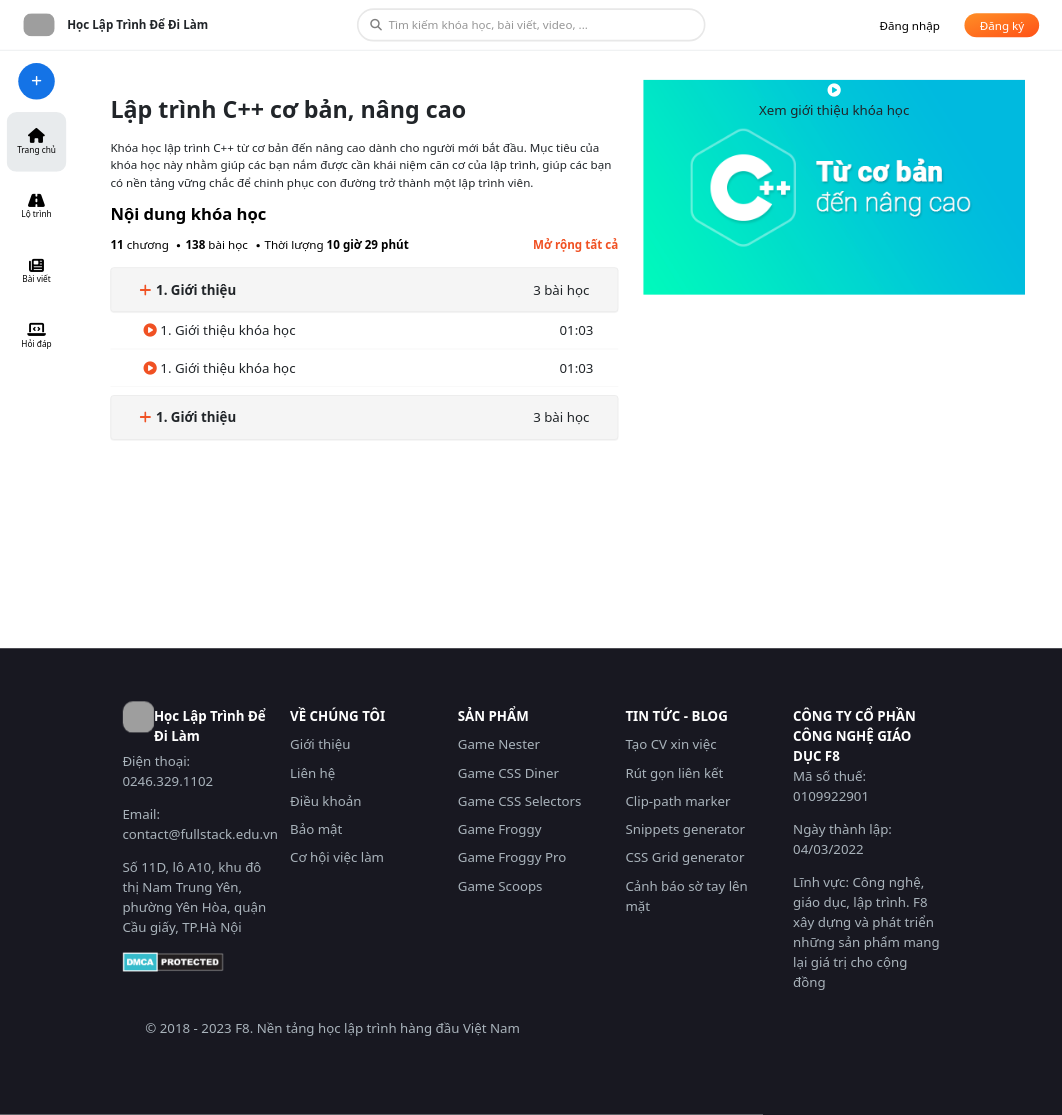
Repository: Quoc-Thang/projectasm
Page: introcourse.html
An editor plug-in stored every save of this project. The page is shown before and after the next save, followed by the edit.
The browser window is 1280 px wide. The pictures show the whole page, at 83% of full size.
Pictures or frames that could not be fetched are drawn as grey boxes. Some web libraries are served in a nearby version.

Above is the page before, as saved 2023-11-26 22:06:48.

### introcourse.html
<!DOCTYPE html>
<html lang="vi">
  <head>
    <meta charset="UTF-8" />
    <meta name="viewport" content="width=device-width, initial-scale=1.0" />
    <title>F8 - Học lập trình để đi làm</title>
    <!-- Preconnect -->
    <link rel="preconnect" href="https://unpkg.com/aos@2.3.1" />
    <link
      rel="preconnect"
      href="https://cdn.jsdelivr.net/npm/bootstrap@5.3.2" />
    <link rel="preconnect" href="https://kit.fontawesome.com" />
    <link rel="preconnect" href="https://fonts.googleapis.com" />
    <link rel="preconnect" href="https://fonts.gstatic.com" crossorigin />

    <!-- AOS -->
    <link href="https://unpkg.com/aos@2.3.1/dist/aos.css" rel="stylesheet" />

    <!-- Bootstrap -->
    <link
      href="https://cdn.jsdelivr.net/npm/bootstrap@5.3.2/dist/css/bootstrap.min.css"
      rel="stylesheet"
      integrity="sha384-T3c6CoIi6uLrA9TneNEoa7RxnatzjcDSCmG1MXxSR1GAsXEV/Dwwykc2MPK8M2HN"
      crossorigin="anonymous" />

    <!-- Google Fonts -->
    <link
      href="https://fonts.googleapis.com/css2?family=Poppins:wght@100;200;300;400&family=Roboto:wght@100;300;400&display=swap"
      rel="stylesheet" />

    <!-- CSS -->
    <link rel="stylesheet" href="./view/assets/css/reset.css" />
    <link rel="stylesheet" href="./view/assets/css/synthetic.css" />
    <link rel="stylesheet" href="./view/assets/css/header.css" />
    <link rel="stylesheet" href="./view/assets/css/nav.css" />
    <link rel="stylesheet" href="./view/assets/css/slider.css" />
    <link rel="stylesheet" href="./view/assets/css/wrappercontent.css" />
    <link rel="stylesheet" href="./view/assets/css/footer.css" />
    <link rel="stylesheet" href="./view/assets/css/introcourse.css">
  </head>

  <body>
    <!-- Content -->
    <div id="wrapper">
      <!-- Header -->
      <header>
        <div class="row wrap-header">
          <!-- Logo Website -->
          <div class="col-4">
            <div class="logo">
              <a href="/">
                <img src="./view/assets/image/Logo.png" alt="Logo Website" />
              </a>
              <h4 class="logoTxt">Học Lập Trình Để Đi Làm</h4>
            </div>
          </div>

          <!-- Search -->
          <div class="col-4">
            <div class="form-search">
              <form action="" method="post">
                <div class="form">
                  <button type="submit">
                    <i class="fa-solid fa-magnifying-glass"></i>
                  </button>
                  <input
                    type="search"
                    placeholder="Tìm kiếm khóa học, bài viết, video, ..."
                    name="searchTxt"
                    id="search-input"
                    autocomplete="off"
                    />
                </div>
              </form>
              <div class="card-search">
                <div class="heading-card-search">
                  <i class="fa-solid fa-magnifying-glass"></i>
                  <span>Kết quả tìm kiếm cho:</span>
                </div>
                <div class="content-card-search">
                  <div class="title-content">
                    <h2>
                      Khóa học
                    </h2>
                    <a href="#">
                      Xem thêm
                    </a>
                  </div>
                  <ul class="main-content" id="apiData">
                    <li>
                      <a href="#">
                        <img src="./view/assets/image/htmlcsszerohero.png" alt="Image course">
                        <span>
                          HTML, CSS từ cơ bản đến nâng cao
                        </span>
                      </a>
                    </li>
                    <li>
                      <a href="#">
                        <img src="./view/assets/image/htmlcsspro.png" alt="Image course">
                        <span>
                          HTML, CSS Pro
                        </span>
                      </a>
                    </li>
                    <li>
                      <a href="#">
                        <img src="./view/assets/image/sass.png" alt="Image course">
                        <span>
                          Ngôn ngữ tiền xử lý sass
                        </span>
                      </a>
                    </li>
                  </ul>
                </div>
              </div>
            </div>
          </div>

          <!-- Account -->
          <div class="col-4">
            <div class="account">
              <div class="login">
                <a class="openLogin" href="javascript:void(0)"> Đăng nhập </a>
              </div>
              <div class="signup">
                <a class="openSignup" href="javascript:void(0)"> Đăng ký </a>
              </div>
            </div>
          </div>
        </div>
      </header>

      <main id="main-content">
        <!-- Sidebar -->
        <nav class="menu-sidebar">
          <div class="sidebar">
            <div id="news-post" onclick="newsPost()">
              <a id="rotate" href="javascript:void(0)">
                <i class="fa-solid fa-plus"></i>
              </a>
              <span id="model-news">Thêm tin tức mới</span>
            </div>
            <ul>
              <li>
                <a class="menu-sidebar active" href="#">
                  <i class="fa-solid fa-house"></i>
                  <span class="txt-menu"> Trang chủ </span>
                </a>
              </li>
              <li>
                <a class="menu-sidebar" href="#">
                  <i class="fa-solid fa-road"></i>
                  <span class="txt-menu"> Lộ trình </span></a
                >
              </li>
              <li>
                <a class="menu-sidebar" href="#">
                  <i class="fa-solid fa-newspaper"></i>
                  <span class="txt-menu"> Bài viết </span></a
                >
              </li>
              <li>
                <a class="menu-sidebar" href="#">
                  <i class="fa-solid fa-laptop-code"></i>
                  <span class="txt-menu"> Hỏi đáp </span></a
                >
              </li>
            </ul>
          </div>
        </nav>

        <!-- Article -->
        <article id="main">

          <!-- Wrapper Content Main -->
          <div class="wrapper-content">
            <div class="intro-course">
              <div class="content-course">
                <div class="heading-course">
                  <h1 class="title-heading-course">
                    Lập trình C++ cơ bản, nâng cao
                  </h1>
                  <p class="desc-course">
                    Khóa học lập trình C++ từ cơ bản đến nâng cao dành cho người mới bắt đầu. Mục tiêu của khóa học này nhằm giúp các bạn nắm được cần khái niệm căn cơ của lập trình, giúp các bạn có nền tảng vững chắc để chinh phục con đường trở thành một lập trình viên.
                  </p>
                </div>
                <div class="main-content-course">
                  <div class="content-course-top">
                    <h2 class="title-course">
                      Nội dung khóa học
                    </h2>
                    <div class="desc-content-course">
                      <ul>
                        <li>
                          <a href="#">
                            <strong>
                              11
                            </strong>
                            chương
                          </a>
                        </li>
                        <li>
                          <a href="#">
                            <strong>
                              138
                            </strong>
                            bài học
                          </a>
                        </li>
                        <li>
                          <a href="#">
                            Thời lượng
                            <strong>
                              10 giờ 29 phút
                            </strong>
                          </a>
                        </li>
                      </ul>
                      <a class="read-more" href="#">
                        Mở rộng tất cả
                      </a>
                    </div>
                  </div>

                    <div class="list-panels-course">
                      <div class="list-panel-course">
                        <div class="panel-left">
                          <div class="icon-panel">
                              <i class="fa-solid fa-plus" style="color: #f05123;"></i>
                              <i class="fa-solid fa-minus" style="color: #f05123;"></i>
                          </div>
                          <span>
                            1. Giới thiệu
                          </span>
                        </div>
                        <div class="panel-right">
                          <span>
                            3 bài học
                          </soan>
                        </div>
                      </div>

                      <!-- List tab panel -->
                      <div class="list-tab-panel">
                        <!-- Tab panel -->
                        <div class="tab-panel">
                          <span class="desc-panel">
                            <i class="fa-solid fa-circle-play" style="color: #f05123;"></i>
                            1. Giới thiệu khóa học
                          </span>
                          <span class="desc-time">
                            01:03
                          </span>
                        </div>

                        <div class="tab-panel">
                          <span class="desc-panel">
                            <i class="fa-solid fa-circle-play" style="color: #f05123;"></i>
                            1. Giới thiệu khóa học
                          </span>
                          <span class="desc-time">
                            01:03
                          </span>
                        </div>
                      </div>
                    </div>

                    <div class="list-panels-course">
                      <div class="list-panel-course">
                        <div class="panel-left">
                          <div class="icon-panel">
                              <i class="fa-solid fa-plus" style="color: #f05123;"></i>
                              <i class="fa-solid fa-minus" style="color: #f05123;"></i>
                          </div>
                          <span>
                            1. Giới thiệu
                          </span>
                        </div>
                        <div class="panel-right">
                          <span>
                            3 bài học
                          </soan>
                        </div>
                      </div>
                    <!-- List tab panel -->
                    <div class="list-tab-panel">
                      <!-- Tab panel -->
                      <div class="tab-panel">
                        <span class="desc-panel">
                          <i class="fa-solid fa-circle-play" style="color: #f05123;"></i>
                          1. Giới thiệu khóa học
                        </span>
                        <span class="desc-time">
                          01:03
                        </span>
                      </div>

                      <div class="tab-panel">
                        <span class="desc-panel">
                          <i class="fa-solid fa-circle-play" style="color: #f05123;"></i>
                          1. Giới thiệu khóa học
                        </span>
                        <span class="desc-time">
                          01:03
                        </span>
                      </div>
                    </div>
                  </div>
                </div>
              </div>
              <div class="video-course">
                <figure>
                  <img src="./view/assets/image/cppcobannangcao.png" alt="Video Course">
                  <figcaption>
                    <div class="play-video">
                      <i class="fa-solid fa-circle-play" style="color: #ffffff;"></i>
                    </div>
                    <div class="see-video">
                      Xem giới thiệu khóa học
                    </div>
                  </figcaption>
                </figure>
              </div>
            </div>
          </div>
        </article>
      </main>

      <!-- Footer -->
      <footer>
        <div class="content-footer">
          <!-- Footer top -->
          <div class="footer-top">
            <!-- Slogan -->
            <div class="slogan content-column-footer">
              <div class="footer-slogan title-footer">
                <figure>
                  <img src="./view/assets/image/Logo.png" alt="Logo Website" />
                </figure>
                <figcaption>
                  <span class="txt-slogan"> Học lập trình để đi làm </span>
                </figcaption>
              </div>
              <div class="footer-contact-list">
                <ul>
                  <li>
                    <p>Điện thoại: 0246.329.1102</p>
                  </li>
                  <li>
                    <p>Email: contact@fullstack.edu.vn</p>
                  </li>
                  <li>
                    <p>
                      Số 11D, lô A10, khu đô thị Nam Trung Yên, phường Yên Hòa,
                      quận Cầu giấy, TP.Hà Nội
                    </p>
                  </li>
                </ul>
              </div>
              <div class="footer-protect">
                <figure>
                  <a href="#">
                    <img
                      src="./view/assets/image/dmca.png"
                      alt="DMCA Protect" />
                  </a>
                </figure>
              </div>
            </div>

            <!-- About us -->
            <div class="about content-column-footer">
              <div class="title-footer about-us">
                <span>Về chúng tôi</span>
              </div>
              <nav class="list-about">
                <ul>
                  <li><a href="#">Giới thiệu</a></li>
                  <li><a href="#">Liên hệ</a></li>
                  <li><a href="#">Điều khoản</a></li>
                  <li><a href="#">Bảo mật</a></li>
                  <li><a href="#">Cơ hội việc làm</a></li>
                </ul>
              </nav>
            </div>

            <!-- Products -->
            <div class="product content-column-footer">
              <div class="title-footer product-type">
                <span>Sản phẩm</span>
              </div>
              <nav class="list-product">
                <ul>
                  <li><a href="#">Game Nester</a></li>
                  <li><a href="#">Game CSS Diner</a></li>
                  <li><a href="#">Game CSS Selectors</a></li>
                  <li><a href="#">Game Froggy</a></li>
                  <li><a href="#">Game Froggy Pro</a></li>
                  <li><a href="#">Game Scoops</a></li>
                </ul>
              </nav>
            </div>

            <!-- Tools -->
            <div class="tools content-column-footer">
              <div class="title-footer tools-type">
                <span>Tin tức - Blog</span>
              </div>
              <nav class="list-tools">
                <ul>
                  <li><a href="#">Tạo CV xin việc</a></li>
                  <li><a href="#">Rút gọn liên kết</a></li>
                  <li><a href="#">Clip-path marker</a></li>
                  <li><a href="#">Snippets generator</a></li>
                  <li><a href="#">CSS Grid generator</a></li>
                  <li><a href="#">Cảnh báo sờ tay lên mặt</a></li>
                </ul>
              </nav>
            </div>

            <!-- Company -->
            <div class="company content-column-footer">
              <div class="title-footer company-type">
                <span>Công ty cổ phần công nghệ giáo dục F8</span>
              </div>
              <nav class="list-company">
                <ul>
                  <li>
                    <p href="#">Mã số thuế: <span>0109922901</span></p>
                  </li>
                  <li>
                    <p href="#">Ngày thành lập: <span>04/03/2022</span></p>
                  </li>
                  <li>
                    <p href="#">
                      Lĩnh vực:
                      <span
                        >Công nghệ, giáo dục, lập trình. F8 xây dựng và phát
                        triển những sản phẩm mang lại giá trị cho cộng đồng
                      </span>
                    </p>
                  </li>
                </ul>
              </nav>
            </div>
          </div>

          <!-- Footer bottom -->
          <div class="footer-bottom">
            <div class="copyright">
              <p>© 2018 - 2023 F8. Nền tảng học lập trình hàng đầu Việt Nam</p>
            </div>
            <div class="social-media">
              <!-- <img src="/images/icons/facebook.svg" alt="" />
              <img src="/images/icons/instagram.svg" alt="" />
              <img src="/images/icons/twitter.svg" alt="" />
              <img src="/images/icons/linkedin.svg" alt="" /> -->
            </div>
          </div>
          </div>
        </div>
      </footer>
    </div>
    <!-- Javascript -->
    <script src="./view/assets/javascript/sidebar.js"></script>
    <script src="./view/assets/javascript/introcourse.js"></script>
    <script src="./view/assets/javascript/formsearch.js"></script>
    <script src="./view/assets/javascript/formlogin.js"></script>
    <script src="./view/assets/javascript/formsignup.js"></script>

    <!-- Font Awesome -->
    <script
      src="https://kit.fontawesome.com/3e006365dd.js"
      crossorigin="anonymous"></script>

    <!-- Bootstrap -->
    <script
      src="https://cdn.jsdelivr.net/npm/bootstrap@5.3.2/dist/js/bootstrap.bundle.min.js"
      integrity="sha384-C6RzsynM9kWDrMNeT87bh95OGNyZPhcTNXj1NW7RuBCsyN/o0jlpcV8Qyq46cDfL"
      crossorigin="anonymous"></script>

    <!-- AOS -->
    <script src="https://unpkg.com/aos@2.3.1/dist/aos.js"></script>
    <script>
      AOS.init();
    </script>
  </body>
</html>

### view/assets/css/synthetic.css
:root {
  --system-ui: system-ui, "Segoe UI", Roboto, Helvetica, Arial, sans-serif,
    "Apple Color Emoji", "Segoe UI Emoji", "Segoe UI Symbol";
  --font-code: "SF Mono", monospace;
}

html,
body {
  min-height: 100% !important;
  height: 100%;
}

body {
  font-family: var(--system-ui);
  scroll-behavior: smooth;
  overflow-x: hidden;
}

main {
  display: flex;
}

#main {
  display: flex;
  flex-direction: column;
}

article {
  display: flex;
  min-width: 100vh;
}

#wrapper {
  width: 100%;
}

/* width */
::-webkit-scrollbar {
  width: 8px;
}

/* Track */
::-webkit-scrollbar-track {
  box-shadow: inset 0 0 5px grey;
  /* border-radius: 8px; */
}

/* Handle */
::-webkit-scrollbar-thumb {
  background: #a9a9a9;
  border-radius: 4px;
}

/* Handle on hover */
::-webkit-scrollbar-thumb:hover {
  background: #a9a9a9;
}

ul {
  list-style-type: none;
  margin: 0;
  padding: 0;
}

a {
  text-decoration: none;
}

### view/assets/css/footer.css
:root {
  --background-color: #fff;
  --border-bottom: #e8ebed;
  --border-color: #1473e6;
  --background-hover: #f5f5f5;
  --border: #e8e8e8;
  --color-txt: #000;
  --background-color-menu: #f0f0f0;
  --background-txt: linear-gradient(to right bottom, #ff8f26, #ff5117);
  --cta-hover-color-one: #6828fa;
}

footer {
  background-color: #181821;
  color: #a9b3bb;
  padding: 70px 0 60px;
  height: 100%;
  width: 100%;
  display: flex;
  justify-content: center;
}

footer a {
  color: #a9b3bb;
  margin: 10px 0;
  display: block;
}

.content-footer {
  display: flex;
  flex-wrap: wrap;
  flex-direction: column;
  width: 100%;
  max-width: calc(100% - 350px);
  justify-content: center;
}

.footer-top {
  display: flex;
  flex-direction: row;
  justify-content: center;
  align-items: flex-start;
  flex-wrap: wrap;
  margin-left: -40px;
  margin-right: -40px;
}

.content-column-footer {
  width: calc(20% - 25px);
  margin-left: 25px;
}

.content-column-footer:first-child {
  margin-left: 0;
}

.title-footer {
  color: var(--background-color);
  text-transform: uppercase;
  font-size: 16px;
  font-weight: 600;
}

.footer-slogan figure {
  transform: translateY(-6px);
}

.txt-slogan {
  text-transform: capitalize;
}

.footer-slogan {
  display: flex;
  flex-direction: row;
}

.footer-slogan img {
  height: 38px;
  width: 38px;
  border-radius: 12px;
}

.footer-bottom {
  display: flex;
  flex-direction: row;
  justify-content: space-between;
  padding: 1rem 0;
  align-items: center;
  width: calc(100% - 350px);
}

### view/assets/css/introcourse.css
:root {
  --primary-color: #f05123;
  --background-color: #fff;
  --border-bottom: #e8ebed;
  --border-color: #1473e6;
  --background-hover: #f5f5f5;
  --border: #e8e8e8;
  --color-txt: #000;
  --background-color-menu: #f0f0f0;
}

.intro-course {
  display: flex;
  flex-direction: row;
}

.content-course {
  padding: 0 30px 0 0;
  /* color: #000; */
}

.title-heading-course {
  font-weight: 700;
  font-size: 28px;
}

.desc-course {
  font-size: 14px;
}

.list-panels-course {
  margin-bottom: 10px;
}

.title-course {
  font-size: 20px;
  font-weight: 700;
}

.desc-content-course {
  display: flex;
  gap: 20px;
  align-items: center;
  justify-content: space-between;
  margin-bottom: 16px;
}

.desc-content-course ul {
  display: flex;
  gap: 20px;
}

.desc-content-course ul li {
  position: relative;
}

.desc-content-course ul li:not(:last-child):after {
  content: "";
  position: absolute;
  border-radius: 50%;
  height: 4px;
  width: 4px;
  background-color: var(--color-txt);
  top: 50%;
  margin-left: 10px;
}

.desc-content-course a {
  color: var(--color-txt);
  font-size: 14px;
}

.read-more {
  color: var(--primary-color) !important;
  font-weight: 600;
  margin-right: 0;
}

.list-panel-course,
.panel-left {
  display: flex;
  gap: 20px;
  cursor: pointer;
}

.panel-left span {
  font-weight: 600;
}

.list-panel-course {
  justify-content: space-between;
  background-color: var(--background-hover);
  padding: 14px 34px;
  border-radius: 4px;
  box-shadow: 0 1px 1px rgba(0, 0, 0, 0.05);
  border: 1px solid #ebebeb;
  position: sticky;
  top: 0;
}

.icon-panel {
  position: relative;
}

.fa-plus,
.fa-minus {
  position: absolute;
  top: 50%;
  transform: translateY(-50%);
}

.list-tab-panel {
  width: 100%;
  height: 100%;
  /* display: flex; */
  /* flex-direction: column; */
  display: none;
}

.tab-panel {
  display: flex;
  justify-content: space-between;
  border: 1px solid #00000008;
  border-right: 0;
  border-top: 0;
  border-left: 0;
  padding: 10px 30px 10px 40px;
}

.fa-play {
  background-color: var(--primary-color);
  height: 14px;
  width: 14px;
  border-radius: 50%;
}

.video-course figure {
  position: relative;
}

.video-course figcaption {
  position: absolute;
  top: 50%;
  left: 50%;
  transform: translate(-50%, -50%);
  text-align: center;
  width: 100%;
  height: 100%;
}

Loaded but not shown: view/assets/css/reset.css (common file); view/assets/javascript/formsignup.js (252 lines, source omitted); view/assets/javascript/formlogin.js (244 lines, source omitted); view/assets/javascript/introcourse.js (40 lines, source omitted); view/assets/javascript/sidebar.js (29 lines, source omitted); view/assets/javascript/formsearch.js (20 lines, source omitted); view/assets/css/slider.css (230 lines, source omitted); view/assets/css/wrappercontent.css (239 lines, source omitted); view/assets/css/nav.css (142 lines, source omitted); view/assets/css/header.css (164 lines, source omitted)

After the next save:
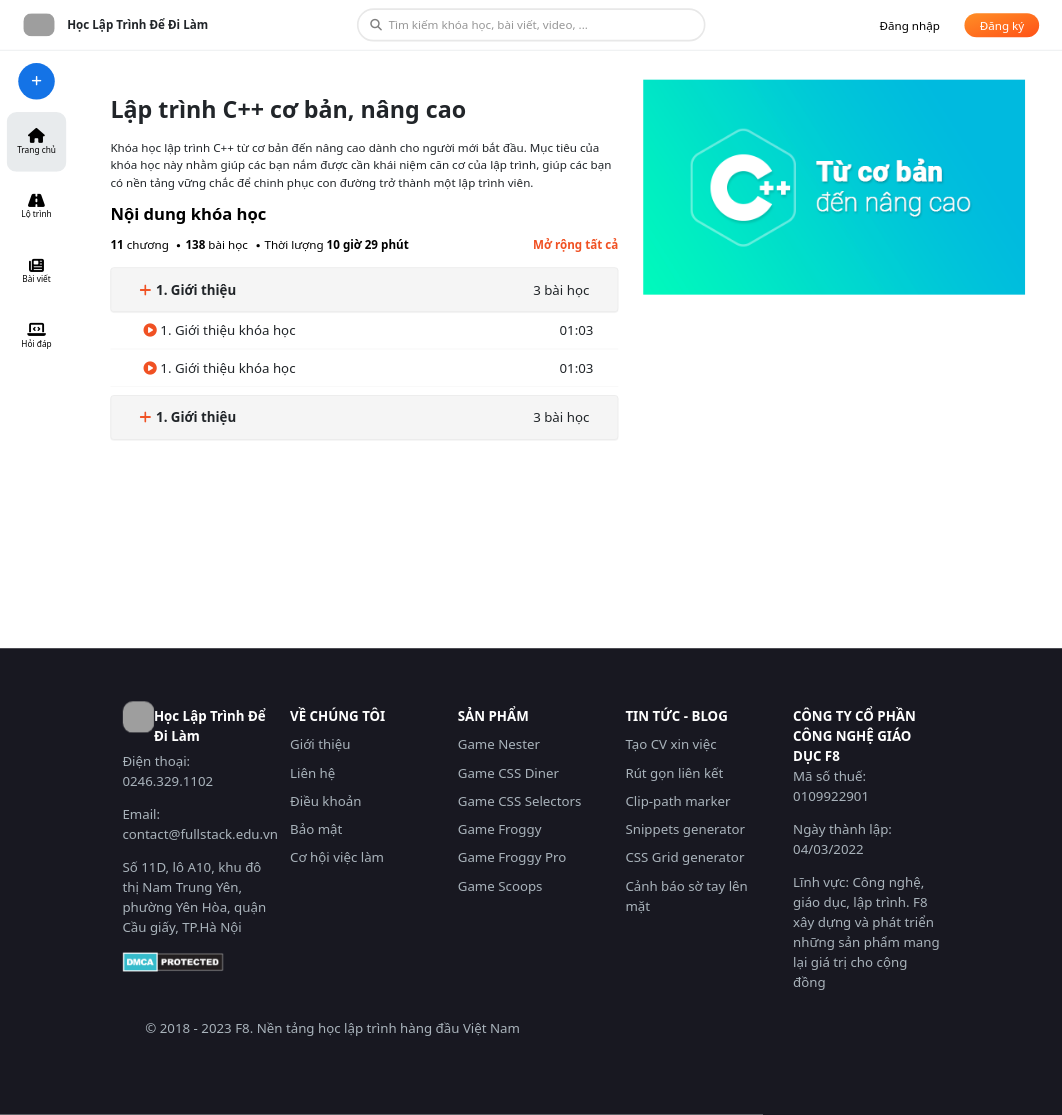
Saved 50 s later.
--- a/view/assets/css/introcourse.css
+++ b/view/assets/css/introcourse.css
@@ -135,7 +135,7 @@
 }
 
 .video-course figure {
-  position: relative;
+  display: flex;
 }
 
 .video-course figcaption {
